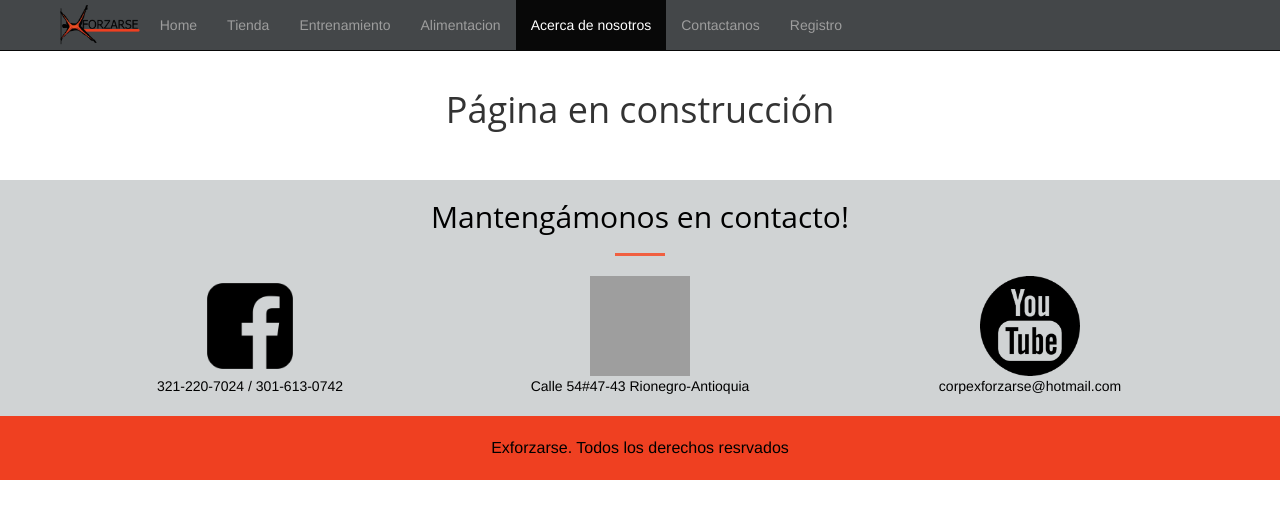
Repository: mahc36/exforzarse
Page: Exforzarse/WebContent/paginas/acercaDeNosotros.html
These files come from the project's save history. The page is drawn as it stood at one moment and after the next save; the edit follows.
The browser window is 1280 px wide. The pictures show the whole page.
Pictures or frames that could not be fetched are drawn as grey boxes.

Above is the page before, as saved 2017-08-19 16:25:25.

### Exforzarse/WebContent/paginas/acercaDeNosotros.html
<!DOCTYPE html>
<html lang="en">

<head>
    <meta charset="utf-8">
    <meta http-equiv="X-UA-Compatible" content="IE=edge">
    <meta name="viewport" content="width=device-width, initial-scale=1">
    <!-- The above 3 meta tags *must* come first in the head; any other head content must come *after* these tags -->
    <title>Exforzarse</title>

    <!-- Bootstrap -->
    <link href="../css/bootstrap.min.css" rel="stylesheet">
    <link href="../css/estilos.css" rel="stylesheet">
    <link rel="stylesheet" href="../css/creative.min.css">
    <link rel="icon" type="image/png" sizes="16x16" href="../img/favicon.ico">
</head>

<body>
    <nav class="navbar navbar-inverse navbar-fixed-top">
        <div class="container">
            <div class="navbar-header">
                <div class="navbar-brand">
                    <img src="../img/logoclubexforzarse.png" alt="logo club">
                </div>
                <button type="button" class="navbar-toggle collapsed" data-toggle="collapse" data-target="#navbar" aria-expanded="false" aria-controls="navbar">
                    <span class="sr-only">Toggle navigation</span>
                    <span class="icon-bar"></span>
                    <span class="icon-bar"></span>
                    <span class="icon-bar"></span>
                </button>
            </div>
            <div id="navbar" class="collapse navbar-collapse">
                <ul class="nav navbar-nav">
                    <li><a href="../index.html">Home</a></li>
                    <li><a href="tienda.html">Tienda</a></li>
                    <li><a href="entrenamiento.html">Entrenamiento</a></li>
                    <li><a href="dietas.html">Alimentacion</a></li>
                    <li class="active"><a href="#">Acerca de nosotros</a></li>
                    <li><a href="contacto.html">Contactanos</a></li>
                    <li><a href="registro.html">Registro</a></li>
                </ul>
            </div>
            <!--/.nav-collapse -->
        </div>
    </nav>

    <div>
	    <H1 class="text-center">Página en construcción</H1>
    </div>


    <br><br>
    <footer style="background-color: #D0D3D4;">
    <br>
        <div class="container">
            <div class="row">
            <div class="col-lg-8 col-lg-offset-2 text-center">
                <h2 class="section-heading"><font color="black">Mantengámonos en contacto!</font></h2>
                <hr class="primary">
            </div>
            <div class="col-lg-4 text-center">
                <a href="https://www.facebook.com/EXFORZARSE/" target="_blank"><img src="../img/darkFacebook.png" width="100" height="100"></a>
            </div>
            <div class="col-lg-4 text-center">
                <a href="https://www.instagram.com/exforzarse/" target="_blank"><img src="../img/darkInstagram3.png" width="100" height="100"></a>
            </div>
            <div class="col-lg-4 text-center">
                <a href="https://www.youtube.com/watch?v=VkQL8aGcTsE" target="_blank"><img src="../img/darkyoutube4.png" width="100" height="100"></a>
            </div>
            <div class="col-lg-4 text-center">
                <i class="fa fa-phone fa-3x sr-contact"></i>
                <span><font color="black">321-220-7024 / 301-613-0742</font></span>
            </div>
            <div class="col-lg-4 text-center">
                <i class="fa fa-road fa-3x sr-contact"></i>
                <span><font color="black">Calle 54#47-43 Rionegro-Antioquia</font></span>
            </div>
            <div class="col-lg-4 text-center">
                <i class="fa fa-envelope-o fa-3x sr-contact"></i>
                <span><font color="black">corpexforzarse@hotmail.com</font></span>
            </div>
        </div>
        <br>
        </div>
        <div style="background-color: #ef4021;">
	        <div class="container">
	        	<br>
	            <p class="text-muted" ALIGN=center><font color="black">Exforzarse. Todos los derechos resrvados</font></p>
	        </div>
    	</div>
    </footer>

    <!-- jQuery (necessary for Bootstrap's JavaScript plugins) -->
    <script src="https://ajax.googleapis.com/ajax/libs/jquery/1.12.4/jquery.min.js"></script>
    <!-- Include all compiled plugins (below), or include individual files as needed -->
    <script src="https://maxcdn.bootstrapcdn.com/bootstrap/3.3.7/js/bootstrap.min.js" integrity="sha384-Tc5IQib027qvyjSMfHjOMaLkfuWVxZxUPnCJA7l2mCWNIpG9mGCD8wGNIcPD7Txa" crossorigin="anonymous"></script>
</body>

</html>

### Exforzarse/WebContent/css/estilos.css
body {
    padding-top: 70px;
    position: relative;
    overflow-x: hidden;
}

.navbar-brand {
    padding: 0px;
}

.navbar-brand>img {
    height: 100%;
    padding: 5px;
    width: auto;
}

.navbar-inverse {
    background-color: #444749;
    border-color: #080808;
}

.containerpie {
    background-color: #EF4021;
}

.carousel {
    height: 500px;
    max-height: 500px;
    overflow: hidden;
}

.item img {
    width: 100%;
    height: auto;
}

.video {
    position: relative;
    height: 0;
    padding-bottom: 56.25%;
    margin-bottom: 80px;
}

video {
    position: absolute;
    min-width: 100%;
    min-height: 100%;
    top: 50%;
    left: 50%;
    transform: translateX(-50%) translateY(-50%);
    z-index: -1;
}

iframe {
    position: absolute;
    width: 100%;
    height: 100%;
    left: 0;
}

.rutinasmenu {
    margin: 0 0 0 2%;
    float: left;
    width: 20%;
}

.rutinasmenu>p {
    font-weight: bold;
    font-size: 25px;
}

.list-group-item:hover {
    font-size: 120%;
    background-image: -webkit-linear-gradient(top, #DF7401 0%, #FE9A2E 100%);
}

.navbar-inverse .navbar-nav>.active>a:hover {
    background-color: chocolate;
    color: black;
}

.navbar-inverse .navbar-nav>li>a:hover {
    background-color: chocolate;
    color: black;
}

.nav-tabs>li>a {
    font-weight: bold;
}

.nav-tabs>li>a:hover {
    background-color: chocolate;
    color: black;
    font-size: 120%;
}

a {
    color: black;
}

.footer {
    position: absolute;
    bottom: 0;
    width: 100%;
    height: 60px;
    background-color: #f5f5f5;
}

section#contact {
    background-color: white;
    background-image: url(../img/DSC_0414.JPG);
    background-size: cover;
    background-position: center;
    background-repeat: no-repeat;
}

section {
    padding: 73px 0px;
}

section#contact .section-heading {
    color: black;
}

section#contact .form-group {
    margin-bottom: 25px;
}

section#contact .form-group input,
section#contact .form-group textarea {
    padding: 20px;
}

section#contact .form-group input.form-control {
    height: auto;
}

section#contact .form-group textarea.form-control {
    height: 236px;
}

section#contact .form-control:focus {
    border-color: #fed136;
    box-shadow: none;
}

section#contact ::-webkit-input-placeholder {
    font-family: "Montserrat", "Helvetica Neue", Helvetica, Arial, sans-serif;
    text-transform: uppercase;
    font-weight: 700;
    color: darkgray;
}

.gellary_bg_none img {
    width: 100%;
    height: 250px;
}

section#contact :-moz-placeholder {
    /* Firefox 18- */
    font-family: "Montserrat", "Helvetica Neue", Helvetica, Arial, sans-serif;
    text-transform: uppercase;
    font-weight: 700;
    color: darkgray;
}

section#contact ::-moz-placeholder {
    /* Firefox 19+ */
    font-family: "Montserrat", "Helvetica Neue", Helvetica, Arial, sans-serif;
    text-transform: uppercase;
    font-weight: 700;
    color: #eeeeee;
}

section#contact :-ms-input-placeholder {
    font-family: "Montserrat", "Helvetica Neue", Helvetica, Arial, sans-serif;
    text-transform: uppercase;
    font-weight: 700;
    color: darkgray;
}

section#contact .text-danger {
    color: #e74c3c;
}

.about_our_company {
    text-align: center;
    margin-bottom: 20px;
    font-weight: bold;
}

.about_our_company h1 {
    text-align: center;
    margin-bottom: 50px;
    font-weight: bold;
    font-size: 50px;
    color: chocolate;
    text-shadow: 1px 1px 3px #323232;
}

.titleline-icon {
    position: relative;
    max-width: 100px;
    border-top: 4px double #F99700;
    margin: 20px auto 20px;
}

.titleline-icon:after {
    position: absolute;
    top: -11px;
    left: 0;
    right: 0;
    margin: auto;
    font-family: 'FontAwesome';
    content: "\f141";
    font-size: 20px;
    line-height: 1;
    color: #F99700;
    text-align: center;
    vertical-align: middle;
    width: 40px;
    height: 20px;
    background: #ffffff;
}

.btn {}

.get {
    background-color: chocolate;
}

Loaded but not shown: Exforzarse/WebContent/css/bootstrap.min.css (library); Exforzarse/WebContent/css/creative.min.css (library)

After the next save:
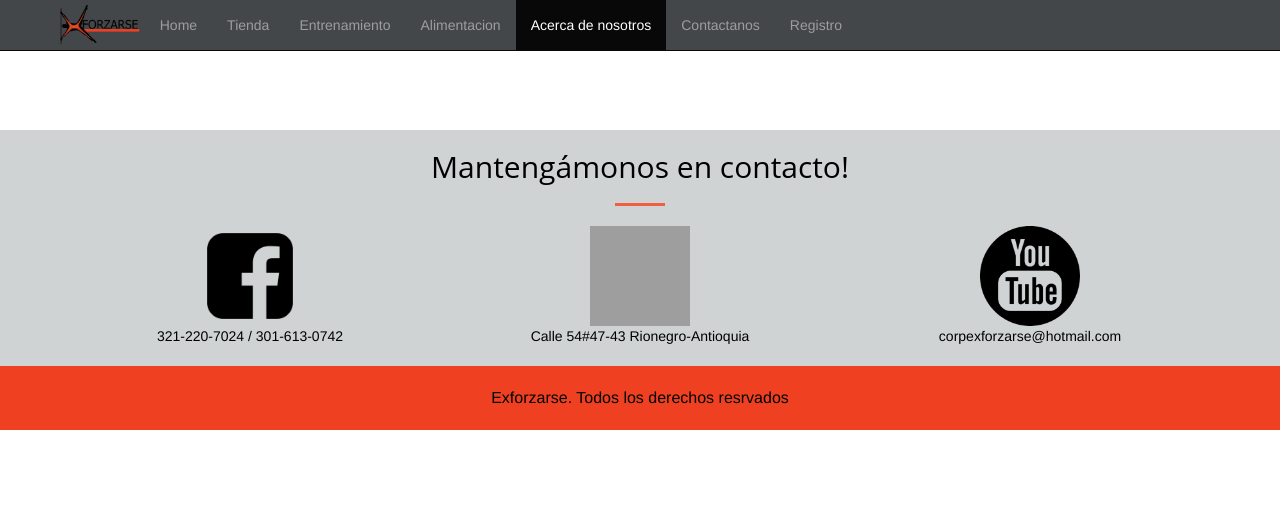
Saved 6 s later.
--- a/Exforzarse/WebContent/paginas/acercaDeNosotros.html
+++ b/Exforzarse/WebContent/paginas/acercaDeNosotros.html
@@ -45,7 +45,7 @@
     </nav>
 
     <div>
-	    <H1 class="text-center">Página en construcción</H1>
+    	<h1 class="text-center>Página en construcción"></h1>
     </div>
 
 

After the save that followed:
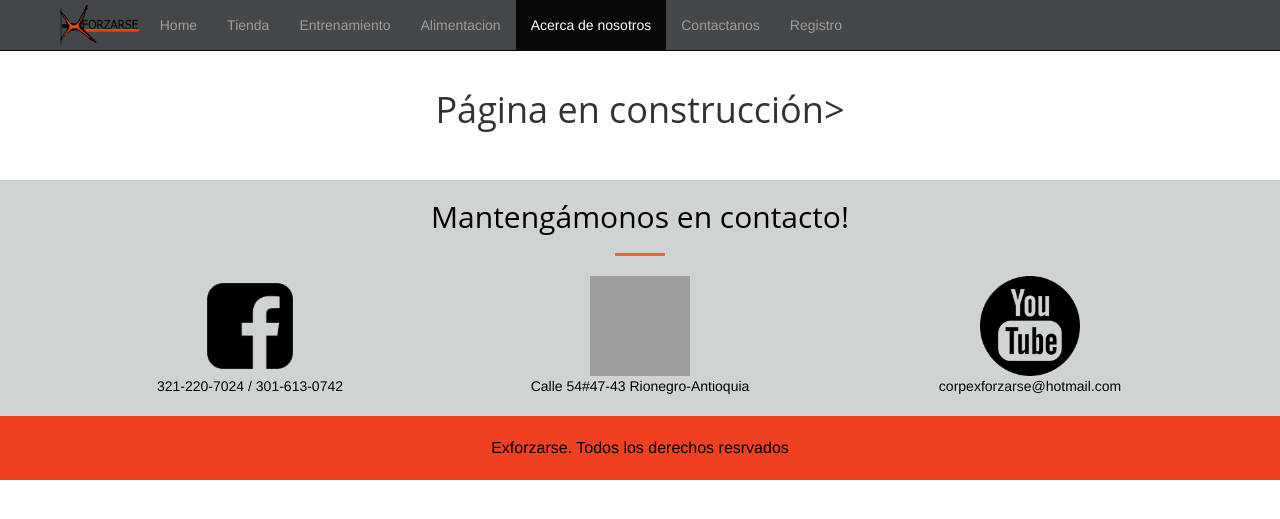
Saved 104 s later.
--- a/Exforzarse/WebContent/paginas/acercaDeNosotros.html
+++ b/Exforzarse/WebContent/paginas/acercaDeNosotros.html
@@ -45,7 +45,7 @@
     </nav>
 
     <div>
-    	<h1 class="text-center>Página en construcción"></h1>
+    	<h1 class="text-center">Página en construcción></h1>
     </div>
 
 
